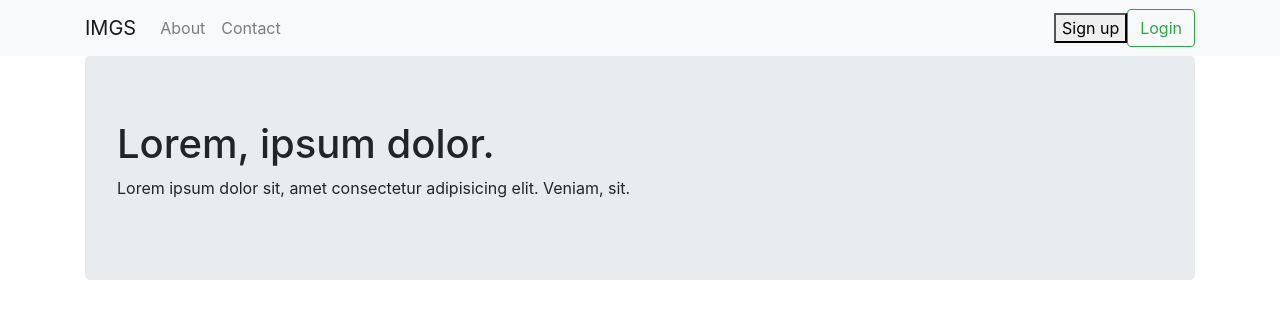
Repository: Mietlicha/exercise2
Page: index.html
These files come from the project's save history. The page is drawn as it stood at one moment and after the next save; the edit follows.
The browser window is 1280 px wide. The pictures show the whole page.

Above is the page before, as saved 2019-10-22 20:54:57.

After the next save:
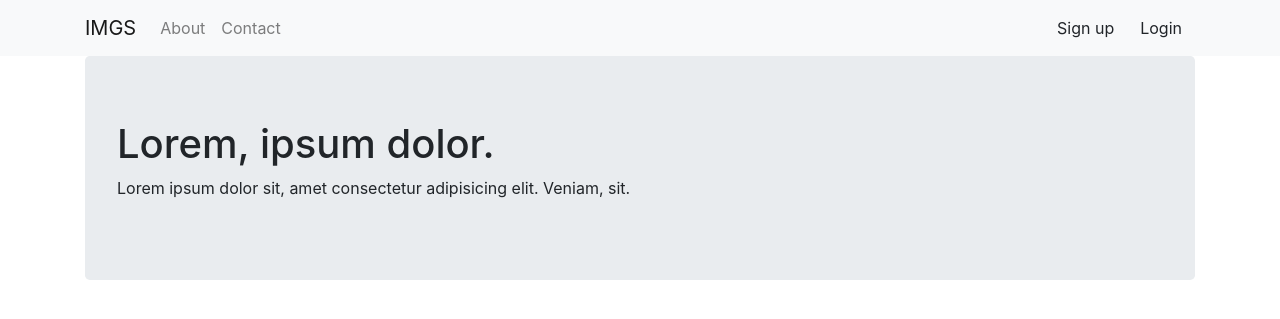
Saved 25 s later.
--- a/index.html
+++ b/index.html
@@ -29,8 +29,8 @@
                 </li>
             </ul>
               <form class="form-inline my-2 my-lg-0">
-                <button class=" my-2 my-sm-0" type="submit">Sign up</button>
-                <button class="btn btn-outline-success my-2 my-sm-0" type="submit">Login</button>
+                <button class="btn my-2 my-sm-0" type="submit">Sign up</button>
+                <button class="btn my-2 my-sm-0" type="submit">Login</button>
               </form>
             </div>
             </div>
